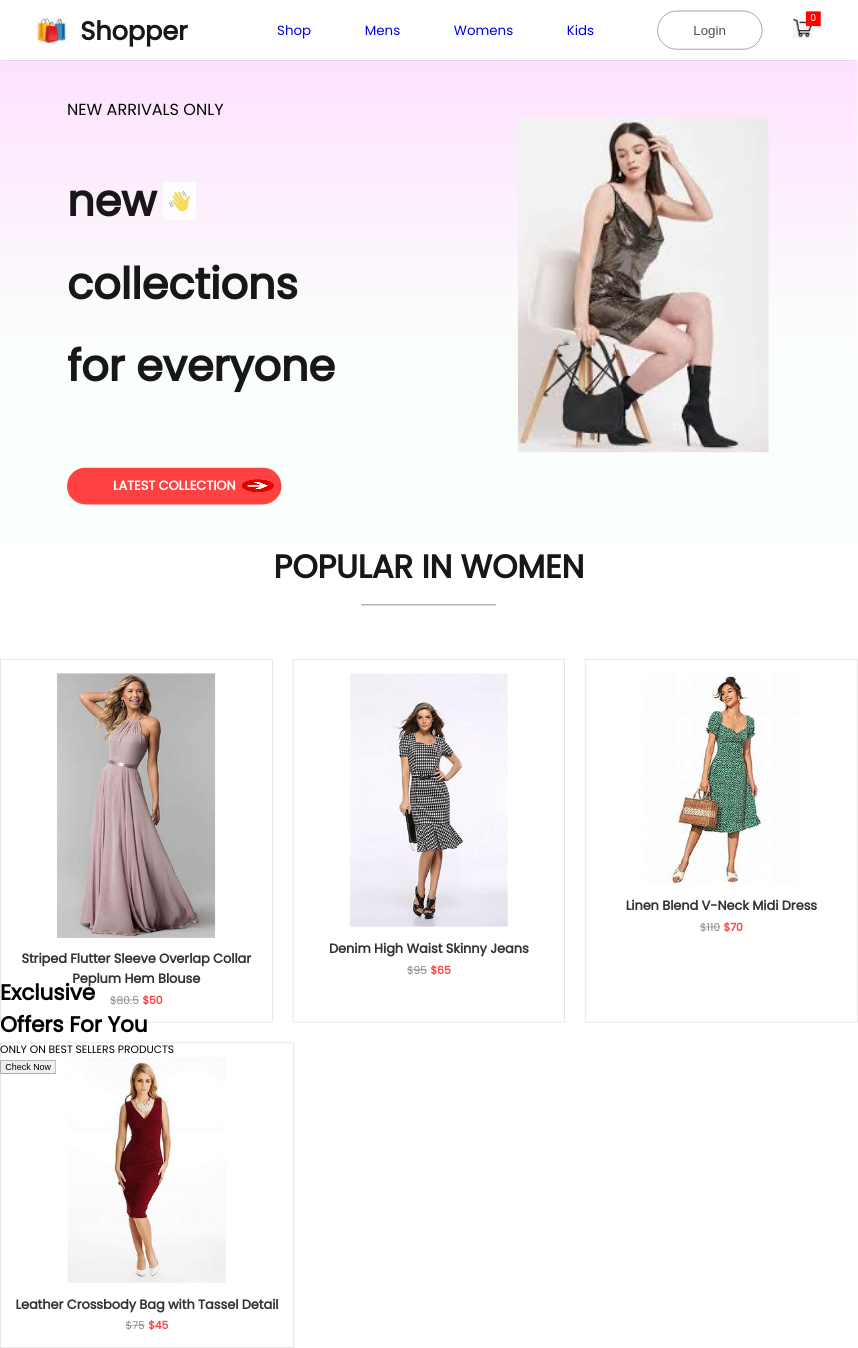
Repository: sshaiv/Shoppie_EcommerceAPP
Page: /
The author's editor kept a copy of each file at every save. The page is drawn from the files as they stood at one save, then again after a run of saves.
The browser window is 1280 px wide. The pictures show the whole page, at 67% of full size.
The project was rebuilt for these pictures with package versions that can differ from the ones it lists, and the page was loaded fresh each time. Also part of the build but not shown: src/App.css, src/Components/Pages/ShopCategory.jsx, src/Components/Pages/Product.jsx, src/Components/Pages/Cart.jsx, src/Components/Pages/LoginSignup.jsx, src/Components/Offers/Offers.css.

Above is the page before, as saved 2024-07-16 18:32:02.

### public/index.html
<!DOCTYPE html>
<html lang="en">
  <head>
    <meta charset="utf-8" />
    <link rel="icon" href="%PUBLIC_URL%/favicon.ico" />
    <meta name="viewport" content="width=device-width, initial-scale=1" />
    <meta name="theme-color" content="#000000" />
    <meta
      name="description"
      content="Web site created using create-react-app"
    />
    <link rel="apple-touch-icon" href="%PUBLIC_URL%/logo192.png" />
    <!--
      manifest.json provides metadata used when your web app is installed on a
      user's mobile device or desktop. See https://developers.google.com/web/fundamentals/web-app-manifest/
    -->
    <link rel="manifest" href="%PUBLIC_URL%/manifest.json" />
    <!--
      Notice the use of %PUBLIC_URL% in the tags above.
      It will be replaced with the URL of the `public` folder during the build.
      Only files inside the `public` folder can be referenced from the HTML.

      Unlike "/favicon.ico" or "favicon.ico", "%PUBLIC_URL%/favicon.ico" will
      work correctly both with client-side routing and a non-root public URL.
      Learn how to configure a non-root public URL by running `npm run build`.
    -->
    <link rel="preconnect" href="https://fonts.googleapis.com">
    <link rel="preconnect" href="https://fonts.gstatic.com" crossorigin>
    <link href="https://fonts.googleapis.com/css2?family=Poppins&display=swap" rel="stylesheet">
    <title>E-Commerce</title>
  </head>
  <body>
    <noscript>You need to enable JavaScript to run this app.</noscript>
    <div id="root"></div>
    <!--
      This HTML file is a template.
      If you open it directly in the browser, you will see an empty page.

      You can add webfonts, meta tags, or analytics to this file.
      The build step will place the bundled scripts into the <body> tag.

      To begin the development, run `npm start` or `yarn start`.
      To create a production bundle, use `npm run build` or `yarn build`.
    -->
  </body>
</html>

### src/index.css
*{
  margin: 0;
}

body {
  margin: 0;
  font-family: -apple-system, BlinkMacSystemFont, 'Segoe UI', 'Roboto', 'Oxygen',
    'Ubuntu', 'Cantarell', 'Fira Sans', 'Droid Sans', 'Helvetica Neue',
    sans-serif;
  -webkit-font-smoothing: antialiased;
  -moz-osx-font-smoothing: grayscale;

 font-family:'Poppins';

}

code {
  font-family: source-code-pro, Menlo, Monaco, Consolas, 'Courier New',
    monospace;
}

### src/App.js
import React from 'react';
import './App.css';
import Navbar from './Components/Navbar/Navbar';
import { BrowserRouter, Routes, Route } from 'react-router-dom';
import ShopCategory from './Components/Pages/ShopCategory';
import Product from './Components/Pages/Product';
import Cart from './Components/Pages/Cart';
import LoginSignup from './Components/Pages/LoginSignup';
import Shop from './Components/Pages/Shop';

const App = () => {
  return (
    <div>
      <BrowserRouter>
        <Navbar />
        <Routes>
          <Route path='/' element={<Shop />} />
          <Route path='/mens' element={<ShopCategory category='mens' />} />
          <Route path='/womens' element={<ShopCategory category='women' />} />
          <Route path='/kids' element={<ShopCategory category='kids' />} />
          <Route path='/product' element={<Product />} />
          <Route path='/product/:productID' element={<Product />} />
          <Route path='/cart' element={<Cart />} />
          <Route path='/login' element={<LoginSignup />} />
        </Routes>
      </BrowserRouter>
    </div>
  );
}

export default App;

### src/Components/Navbar/Navbar.jsx
import React, { useState } from 'react'
import './Navbar.css'
import logo from '../Assets/logo.png'
import cart_icon from '../Assets/cart_icon.png'
import { Link } from 'react-router-dom'

const Navbar = () => {
const [menu,setMenu]=useState("shop");

  return (
    <div>
      <div className='navbar'>
        <div className='nav-logo'>
          <img src={logo} alt="Logo" />
          <p>Shopper</p>
        </div>
        <ul className='nav-menu'>
            <li onClick={()=>{setMenu("shop")}}><Link style={{textDecoration:'none'}} to='/'>Shop </Link>{menu==="shop"? <hr/> :<></>}   </li>
            <li onClick={()=>{setMenu("mens")}}><Link style={{textDecoration:'none'}}  to='/mens'>Mens</Link> {menu==="shop"? <hr/> :<></>} </li>
            <li onClick={()=>{setMenu("womens")}}><Link style={{textDecoration:'none'}}  to='/womens'>Womens </Link> {menu==="shop"? <hr/> :<></>} </li>
            <li onClick={()=>{setMenu("kids")}}><Link style={{textDecoration:'none'}}  to='/kids'>Kids</Link> {menu==="shop"? <hr/> :<></>} </li>
        </ul>

        <div className="nav-login-cart">
          <Link to='/login'>  <button>Login</button></Link>
       <Link to='/cart'>   <img src={cart_icon} alt="" /></Link>
      <div className="nav-cart-count">0</div>
        </div>
      </div>
    </div>
  )
}

export default Navbar

### src/Components/Pages/Shop.jsx
import React from 'react';
import Hero from '../Hero/Hero';
import Popular from '../Popular/Popular';
import Offers from '../Offers/Offers';


const Shop = () => {
  return (
    <div>
      <Hero/>
      <Popular/>
      <Offers/>
    </div>
  );
}

export default Shop;

### src/Components/Navbar/Navbar.css
.navbar{
    display: flex;
    justify-content: space-around;
    padding: 16px;
    box-shadow:0 1px 3px -2px black ;

}
.nav-logo{
    display:flex;
    align-items: center;
    gap: 10px;
}

.nav-logo p{
    color: #171717;
    font-size: 38px;
    font-weight: 600;
}
.nav-menu{
    display:flex;
    align-items:center;
    list-style: none;
    gap: 50px;
    color:#626262;
    font-size: 20px;
    font-weight: 500;

}


  .nav-logo img {
    height: 40px;
    margin-right: 10px;
  }



  .nav-menu li {
    margin: 0 15px;
    position: relative;
    cursor: pointer;
  }

  .nav-menu li:hover hr {
    display: block;
  }

  .nav-menu hr {
    display: none;
    width: 80%;
    height: 3px;
    border-radius: 10px;
    background-color:red;

  }

  .nav-login-cart {
    display: flex;
    align-items: center;
    gap: 45px;
  }

  .nav-login-cart button {
    width: 157px;
    height: 58px;
    outline: none;
    border: 1px solid #7a7a7a;
    border-radius: 75px;
    color:#515151;
    font-size: 20px;
    font-weight: 500;
    background: white;
    cursor: pointer;
  }

  .nav-login-cart button:active{
    background:#f3f3f3;
  }
  .nav-login-cart img {
    height: 30px;
    cursor: pointer;
  }
  .nav-cart-count{
    width: 22px;
    height: 22px;
    display: flex;
    justify-content: center;
    align-items:center;
    margin-top: -35px;
    margin-left: -55px;
    border: radius 11px;
    font-size: 14px;
    background-color:red;
    color:white;
  }

  @media (max-width: 768px) {
    .navbar {
      flex-direction: column;
      align-items: center;
    }

    .nav-logo p {
      font-size: 20px;
    }

    .nav-menu {
      flex-direction: column;
      align-items: center;
      gap: 10px;
    }

    .nav-menu li {
      margin: 10px 0;
    }

    .nav-login-cart {
      flex-direction: column;
      align-items: center;
      gap: 10px;
    }
  }

### src/Components/Hero/Hero.jsx
import React from "react";
import "./Hero.css";
import hand_icon from "../Assets/hand_icon.png";
import arrow_icon from "../Assets/arrow_icon.png";
import hero_imae from '../Assets/hero_imae.png';

const Hero = () => {
  return (
    <div className="hero">
      <div className="hero-left">
        <h2>NEW ARRIVALS ONLY</h2>
        <div className="hero-hand-icon">
          <p>new</p>
          <img src={hand_icon} alt="hand icon" />
        </div>
        <p>collections</p>
        <p>for everyone</p>
        <div className="hero-latest-btn">
          <div>Latest Collection</div>
          <img src={arrow_icon} alt="arrow icon" />
        </div>
      </div>
      <div className="hero-right">
        <img src={hero_imae} alt="hero" />
      </div>
    </div>
  );
};

export default Hero;

### src/Components/Popular/Popular.jsx
import React from 'react';
import './Popular.css';
import data_product from '../Assets/data';
// import Item from '../Item/Item';

const Popular = () => {
  return (
    <div className='popular'>
      <h1>POPULAR IN WOMEN</h1>
      <hr />
      <div className="popular-item">
        {data_product.map((item, i) => (
          <div className="item" key={i}>
            <img src={item.image} alt={item.name} />
            <div className="name">{item.name}</div>
            <div className="price">
              <span className="old-price">${item.old_price}</span>
              <span className="new-price">${item.new_price}</span>
            </div>
          </div>
        ))}
      </div>
    </div>
  );
}

export default Popular;

### src/Components/Offers/Offers.jsx
import React from 'react'
import './Offers.css'
import exclusive_image from '../Assets/exclusive_image.png'

const Offers = () => {
  return (
    <div className='offers'>
      <div className="offers-left">
        <h1>Exclusive</h1>
        <h1>Offers For You</h1>
        <p>ONLY ON BEST SELLERS PRODUCTS </p>
        <button>Check Now</button>
      </div>
      <div className="offers-right">
        <img src="" alt="" />
      </div>
    </div>
  )
}

export default Offers

### src/Components/Hero/Hero.css
.hero {
    height: 100vh;
    background: linear-gradient(180deg, #fde1ff, #e1ffea22 60%);
    display: flex;
    justify-content: space-between;
    align-items: center;
    padding: 0 50px;
    box-sizing: border-box;
  }

  .hero-left {
    flex: 1;
    display: flex;
    flex-direction: column;
    justify-content: center;
    gap: 20px;
    padding-left: 50px;
    line-height: 1.3;
  }

  .hero-left h2 {
    color: #090909;
    font-size: 1.5rem;
    font-weight: 500;
    position: relative;
    bottom: 50px;
  }

  .hero-left p {
    color: #171717;
    font-size: 4rem;
    font-weight: 700;
    margin: 10px 0;
  }

  .hero-hand-icon {
    display: flex;
    align-items: center;
    gap: 10px;
    font-size: 1.5rem;
    font-weight: 500;
    color: #ff4141;
  }

  .hero-hand-icon img {
    width: 50px;
  }
  .hero-latest-btn {
    width: 260px;
    display: flex;
    justify-content: center;
    align-items: center;
    gap: 10px;
    padding: 15px 30px;
    border-radius: 50px;
    margin-top: 30px;
    background: #ff4141;
    color: white;
    font-size: 1.2rem;
    font-weight: 600;
    text-transform: uppercase;
    transition: background 0.3s ease, transform 0.3s ease;
    cursor: pointer;
    position: relative;
    top: 50px; /* Add position relative to the parent */
  }

  .hero-latest-btn img {
    height: 20px;
    width: 50px;
    position: absolute; /* Position the image absolutely */
    right: 10px; /* Adjust right position as needed */
  }

  .hero-latest-btn:hover {
    background: #e63939;
    transform: scale(1.05);
  }


  .hero-right {
    flex: 1;
    display: flex;
    justify-content: center;
    align-items: center;
    padding-right: 50px;
  }

  .hero-right img {
    max-width: 100%;
    height: 500px;
   position: relative;
   left: 50px;
   bottom: 25px;

  }

### src/Components/Popular/Popular.css
.popular {
    height: 90vh;
    display: flex;
    flex-direction: column;
    align-items: center;
    gap: 10px;
  }

  .popular h1 {
    font-size: 3rem; /* Adjusted font size */
    font-weight: 600;
    color: #171717;
    margin-bottom: 10px; /* Added margin for spacing */
  }

  .popular hr {
    width: 200px;
    height: 6px;
    border-radius: 10px;
    background: #252525;
    margin-bottom: 20px; /* Added margin for spacing */
  }

  .popular-item {
    margin-top: 50px;
    display: flex;
    flex-wrap: wrap; /* Allow items to wrap onto new lines */
    justify-content: space-between; /* Distribute items with space between */
    gap: 30px; /* Increased gap between items */
  }

  .popular-item .item {
    border: 1px solid #ddd; /* Example border style for items */
    padding: 20px; /* Example padding for items */
    flex: 1 1 300px; /* Flex basis to control item width */
    max-width: calc(33.33% - 30px); /* Adjust for three items per row */
    text-align: center;
  }

  .popular-item .item img {
    max-width: 100%;
    height: auto;
    margin-bottom: 10px; /* Space below image */
  }

  .popular-item .item .name {
    font-size: 1.2rem; /* Adjusted font size for item name */
    font-weight: bold;
    color: #333;
    margin-bottom: 5px; /* Space below name */
  }

  .popular-item .item .price {
    font-size: 1rem; /* Adjusted font size for prices */
    color: #888;
  }

  .popular-item .item .old-price {
    text-decoration: line-through; /* Strikethrough for old price */
    margin-right: 5px; /* Space between old and new price */
  }

  .popular-item .item .new-price {
    font-weight: bold;
    color: #ff4141;
  }

  @media (max-width: 768px) {
    .popular h1 {
      font-size: 2rem; /* Adjusted font size for smaller screens */
    }

    .popular-item .item {
      max-width: calc(50% - 20px); /* Adjust for two items per row */
    }
  }

### src/Components/Assets/data.js
import p1_img from './product1.png'
import p2_img from './product2.png'
import p3_img from './product3.png'
import p4_img from './product4.png'


let data_product = [
    {
      id: 1,
      name: "Striped Flutter Sleeve Overlap Collar Peplum Hem Blouse",
      image: p1_img,
      new_price: 50.00,
      old_price: 80.50,
    },
    {
      id: 2,
      name: "Denim High Waist Skinny Jeans",
      image: p2_img,
      new_price: 65.00,
      old_price: 95.00,
    },
    {
      id: 3,
      name: "Linen Blend V-Neck Midi Dress",
      image: p3_img,
      new_price: 70.00,
      old_price: 110.00,
    },
    {
      id: 4,
      name: "Leather Crossbody Bag with Tassel Detail",
      image: p4_img,
      new_price: 45.00,
      old_price: 75.00,
    },
  ];


export default data_product;

Loaded but not shown: src/index.js (common file); src/reportWebVitals.js (common file)

After the next 2 saves:
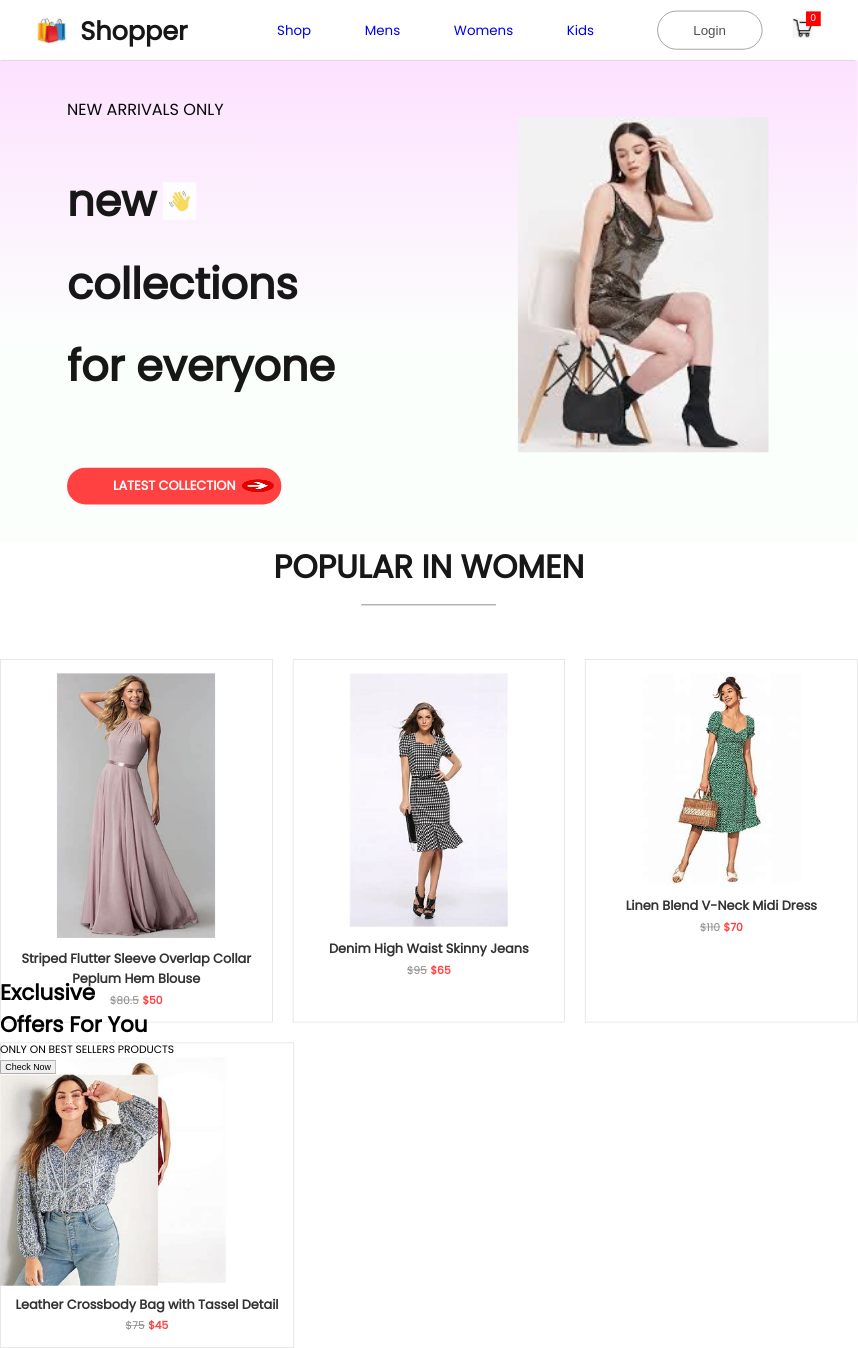
The 2 saves are shown as one change because they came seconds apart.
The last was saved 7 s later.
--- a/src/Components/Offers/Offers.jsx
+++ b/src/Components/Offers/Offers.jsx
@@ -12,7 +12,7 @@ const Offers = () => {
         <button>Check Now</button>
       </div>
       <div className="offers-right">
-        <img src="" alt="" />
+        <img src={exclusive_image} alt="" />
       </div>
     </div>
   )
